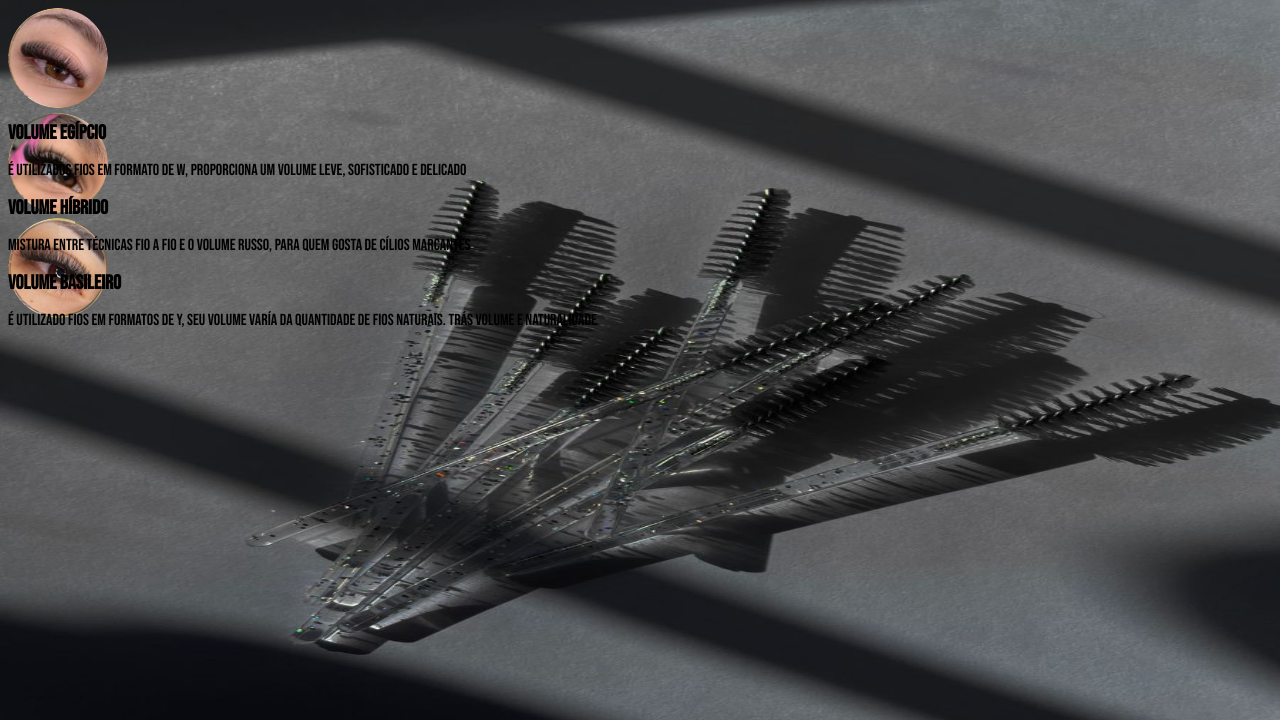
Repository: ketlyn-lash-designer/Ketlyn_Lash_Designer
Page: src/Pages/Modelos.html
An editor plug-in stored every save of this project. The page is shown before and after a run of saves, followed by the edit.
The browser window is 1280 px wide. The pictures show the whole page.
Backgrounds fixed to the window are drawn as part of the page.

Above is the page before, as saved 2024-03-29 21:46:33.

After the next 2 saves:
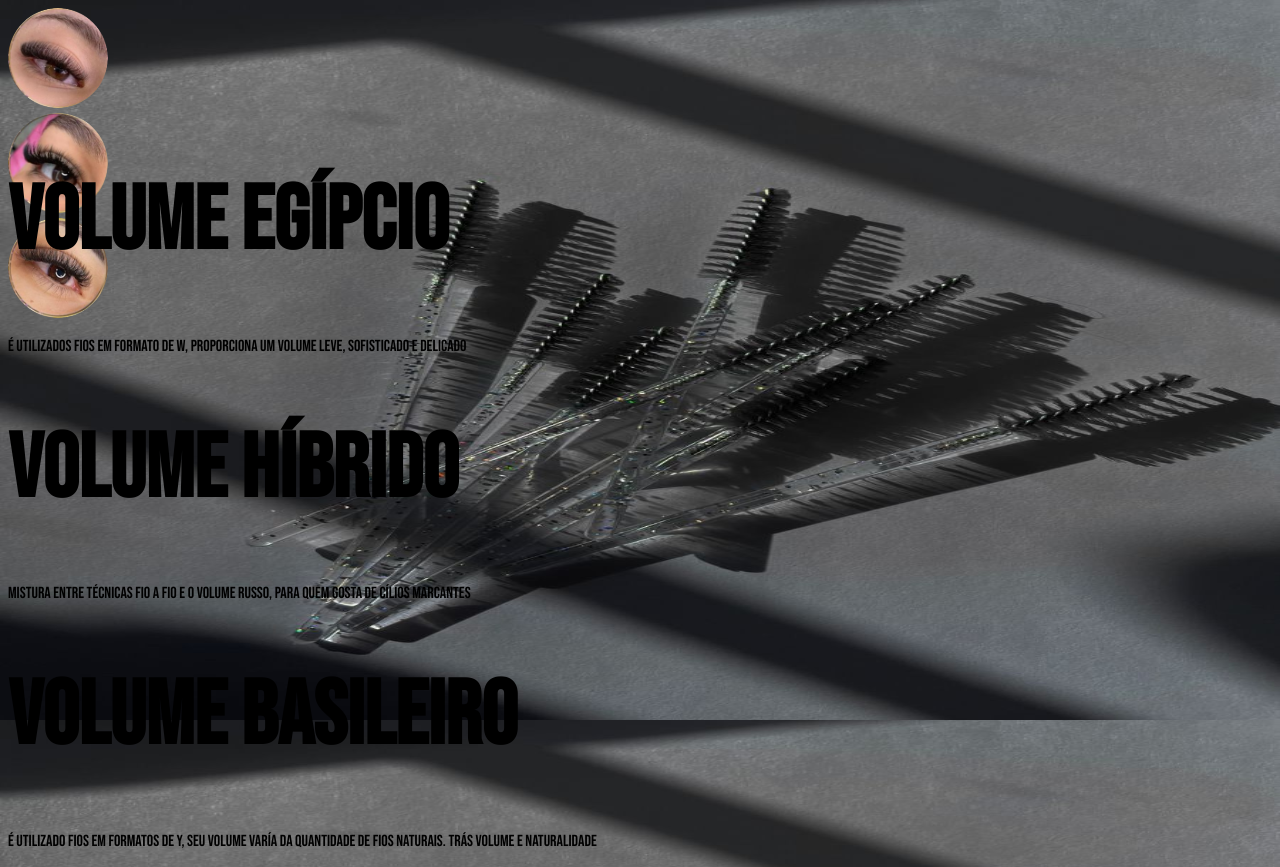
The 2 saves are shown as one change because they came seconds apart.
The last was saved 6 s later.
--- a/src/Styles/Modelos.css
+++ b/src/Styles/Modelos.css
@@ -23,6 +23,6 @@
 
 #descricao {
 	h1 {
-		font-size: 20px;
+		font-size: 90px;
 	}
 }
